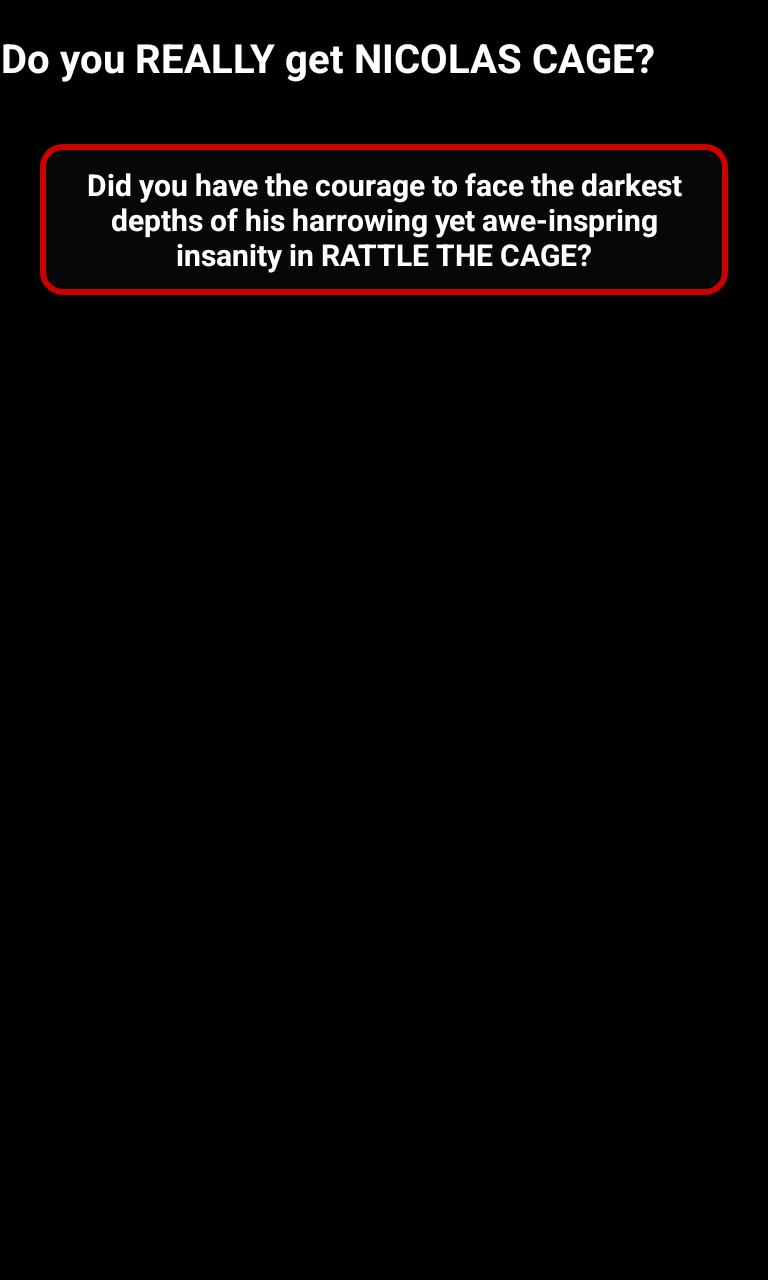
Repository: kylenicola/NicCageMobileApp
Layout: NicolasCageApp/res/layout/activity_score_menu.xml
An editor plug-in stored every save of this project. The layout is shown before and after the next save, followed by the edit.
It is drawn on a 768 x 1280 px phone screen (xhdpi) without system bars, with theme AppTheme; the app's code is not run.

Above is the layout before, as saved 2014-12-04 02:35:46.

After the next save:
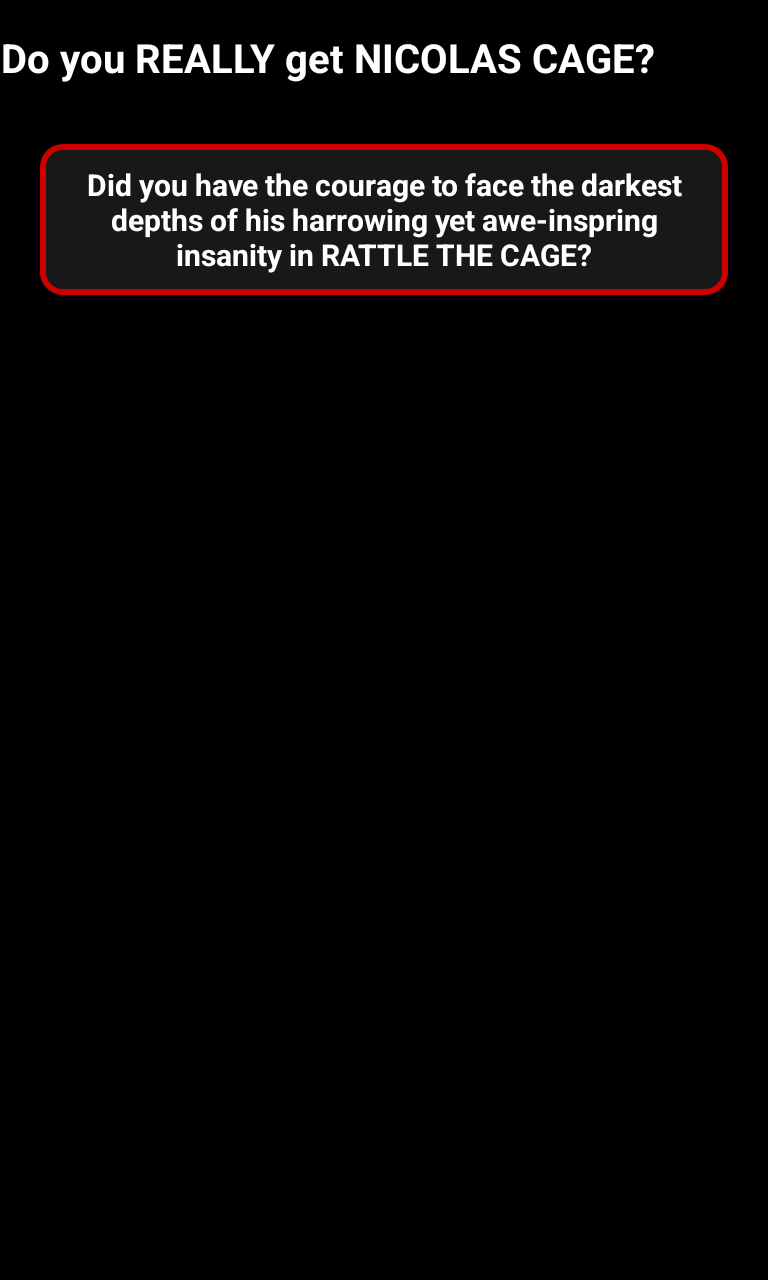
Saved 90 s later.
--- a/NicolasCageApp/res/drawable/score_menu_button_style.xml
+++ b/NicolasCageApp/res/drawable/score_menu_button_style.xml
@@ -5,7 +5,7 @@
 
     <!-- view background color -->
     <solid
-        android:color="#070707" >
+        android:color="#181818" >
     </solid>
 
     <!-- view border color and width -->
